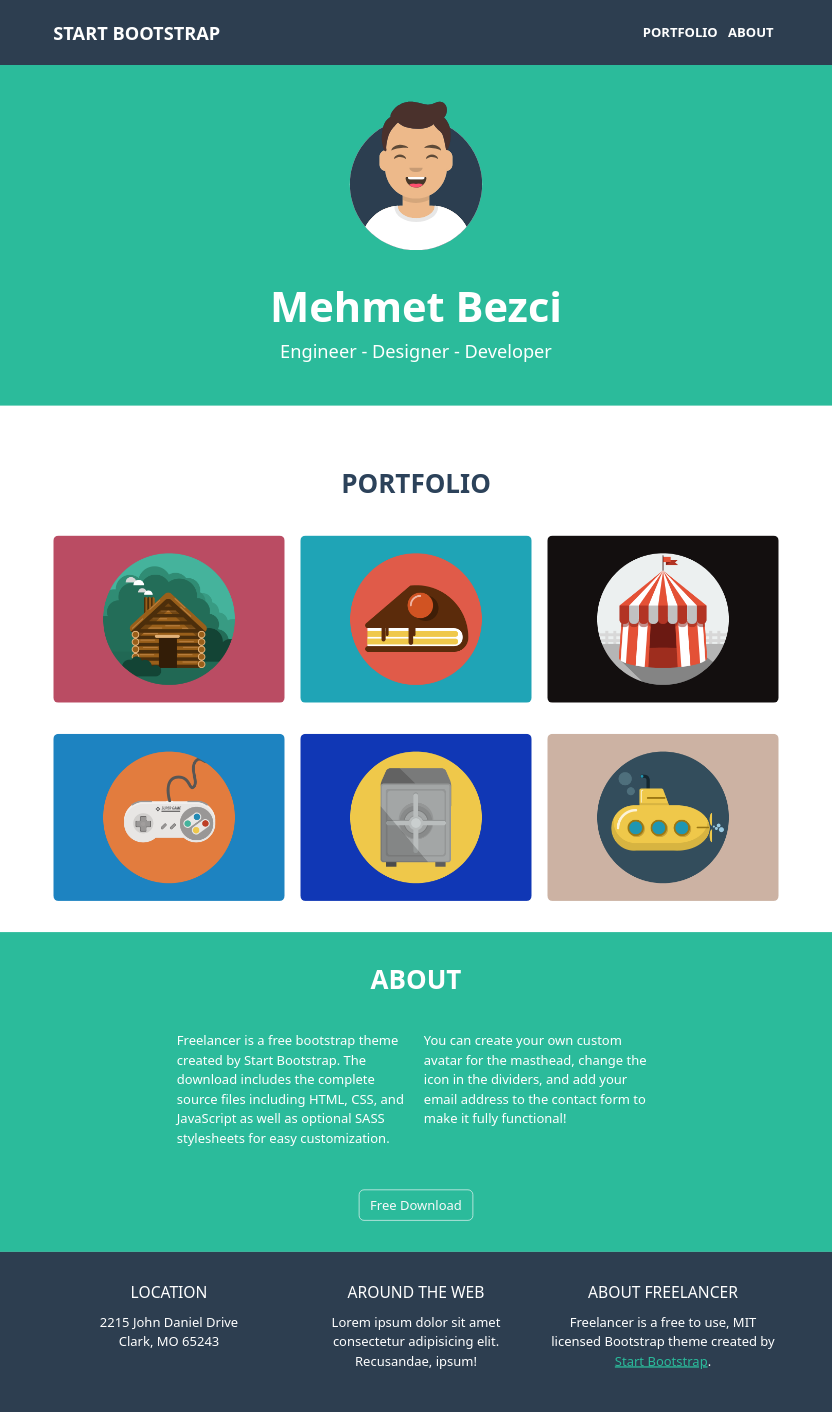
Repository: 7JaxeN7/WT-1255P-Mehmet_BEZC-
Page: index.html
These files come from the project's save history. The page is drawn as it stood at one moment and after the next save; the edit follows.
The browser window is 1280 px wide. The pictures show the whole page, at 65% of full size.
The pointer rests on the first visible `a.footer-link`.

Above is the page before, as saved 2025-01-07 00:51:48.

After the next save:
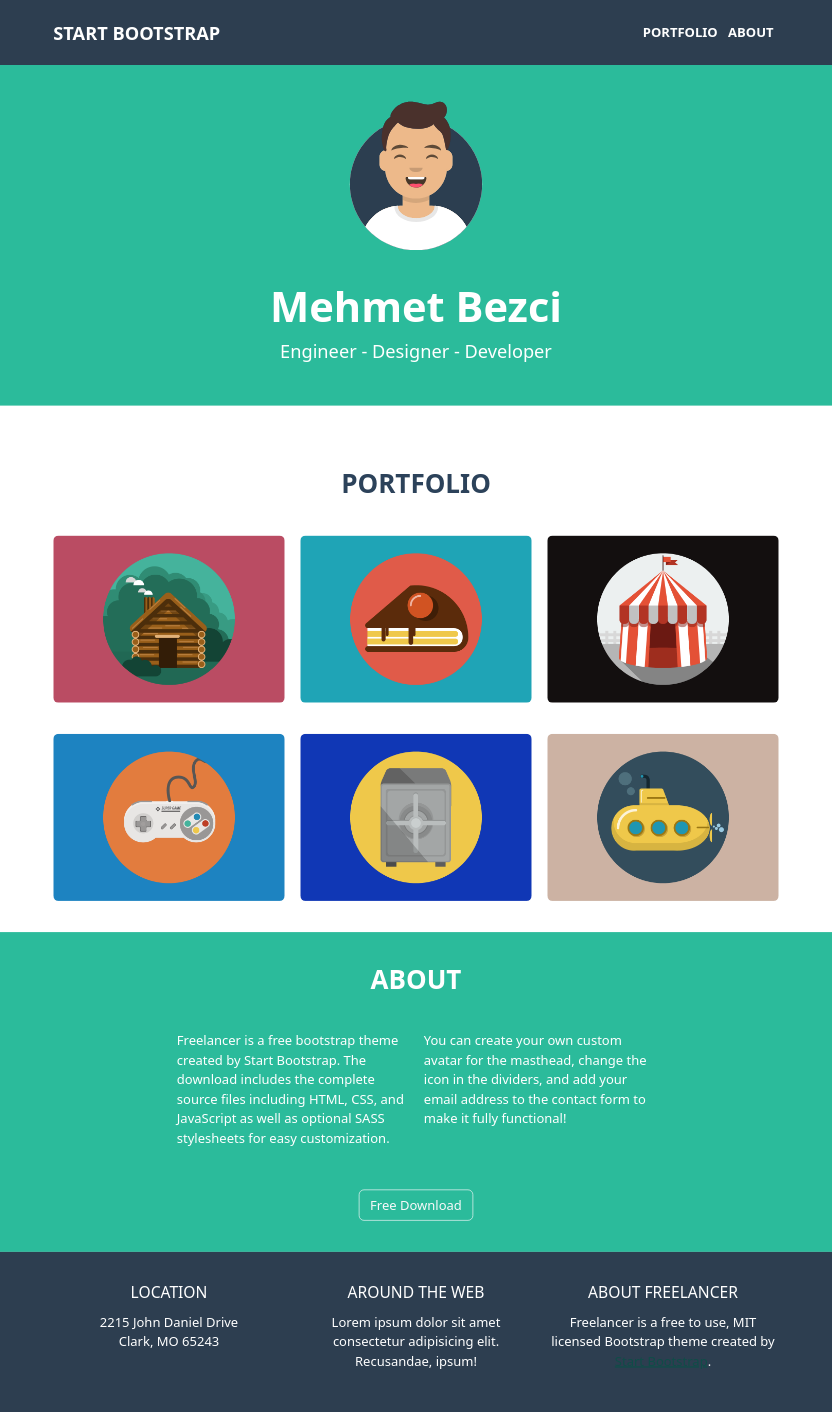
Saved 96 s later.
--- a/style.css
+++ b/style.css
@@ -19,6 +19,9 @@
 .footer-link{
     color: #2bbb9b ;
 }
+a.footer-link:hover{
+    color: #104d48 ;
+}
 a.nav-link:hover{
     color:#2bbb9b !important;
 }
